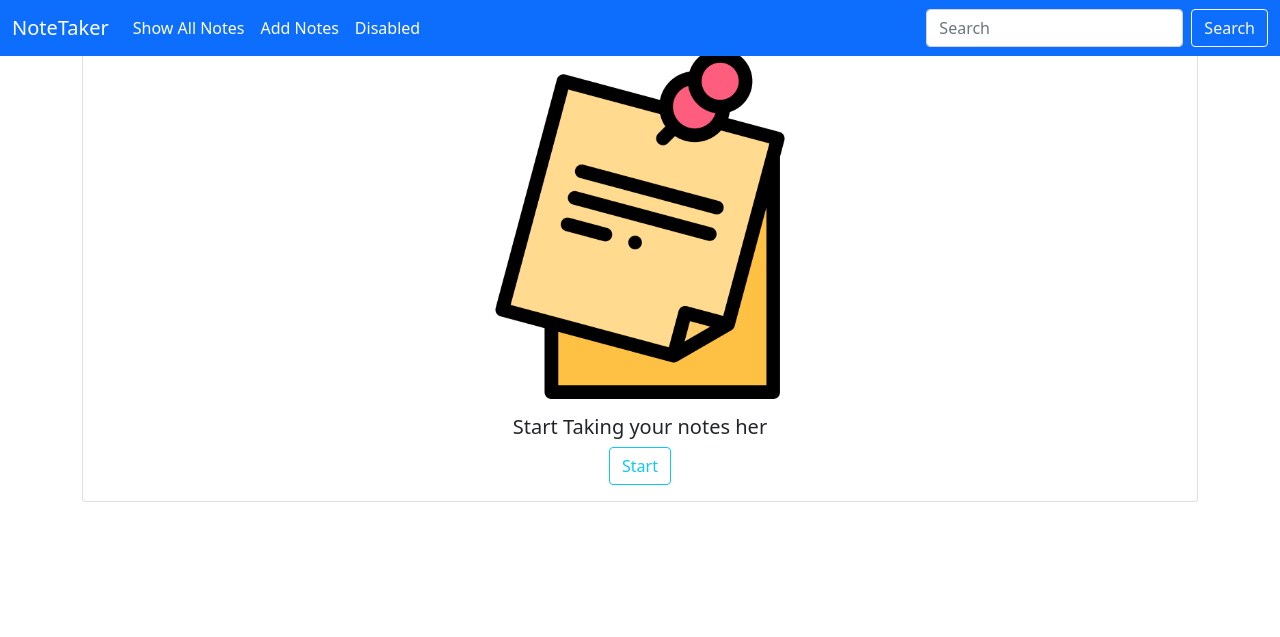
Repository: Shubham-Kumar-cmd/Hibernate
Page: http://localhost/NoteTakerApp/
The author's editor kept a copy of each file at every save. The page is drawn from the files as they stood at one save, then again after the next save.
The browser window is 1280 px wide. The pictures show the whole page.
The page is served by Tomcat 9.

Above is the page before, as saved 2023-02-08 08:44:24.

After the next save:
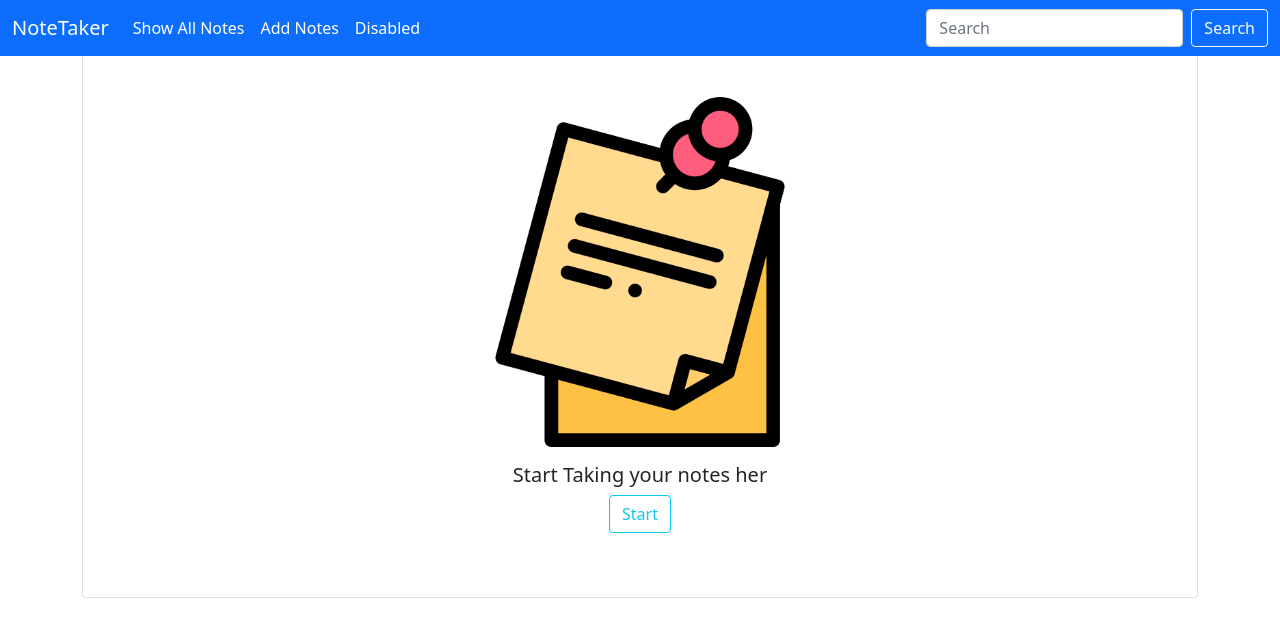
Saved 29 s later.
--- a/NoteTakerApp/src/main/webapp/index.jsp
+++ b/NoteTakerApp/src/main/webapp/index.jsp
@@ -15,7 +15,7 @@
 <body>
 
 	<div class="container text-center">
-		<div class="card my-5 ">
+		<div class="card my-5 py-5">
 		  <img src="img/sticky-notes.png" style="max-width: 350px;" class="img-fluid mx-auto" alt="...">
 		  <div class="card-body">
 		    <h5 class="card-title">Start Taking your notes her</h5>
